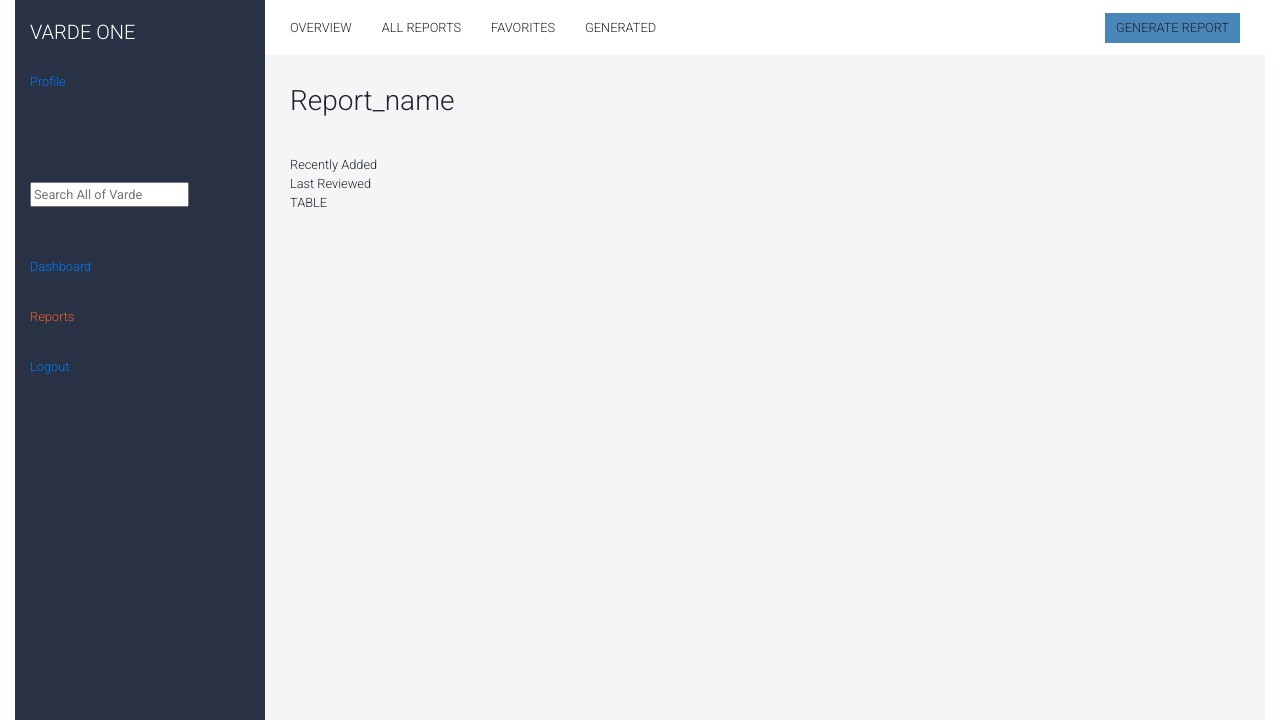
Repository: slavishtipkov/cra-redux
Page: /reports
These files come from the project's save history. The page is drawn as it stood at one moment and after the next save; the edit follows.
The browser window is 1280 px wide. The pictures show the whole page.
The project was rebuilt for these pictures with package versions that can differ from the ones it lists, and the page was loaded fresh each time. Also part of the build but not shown: src/Containers/Reports/reports.scss.

Above is the page before, as saved 2019-07-09 14:21:43.

After the next save:
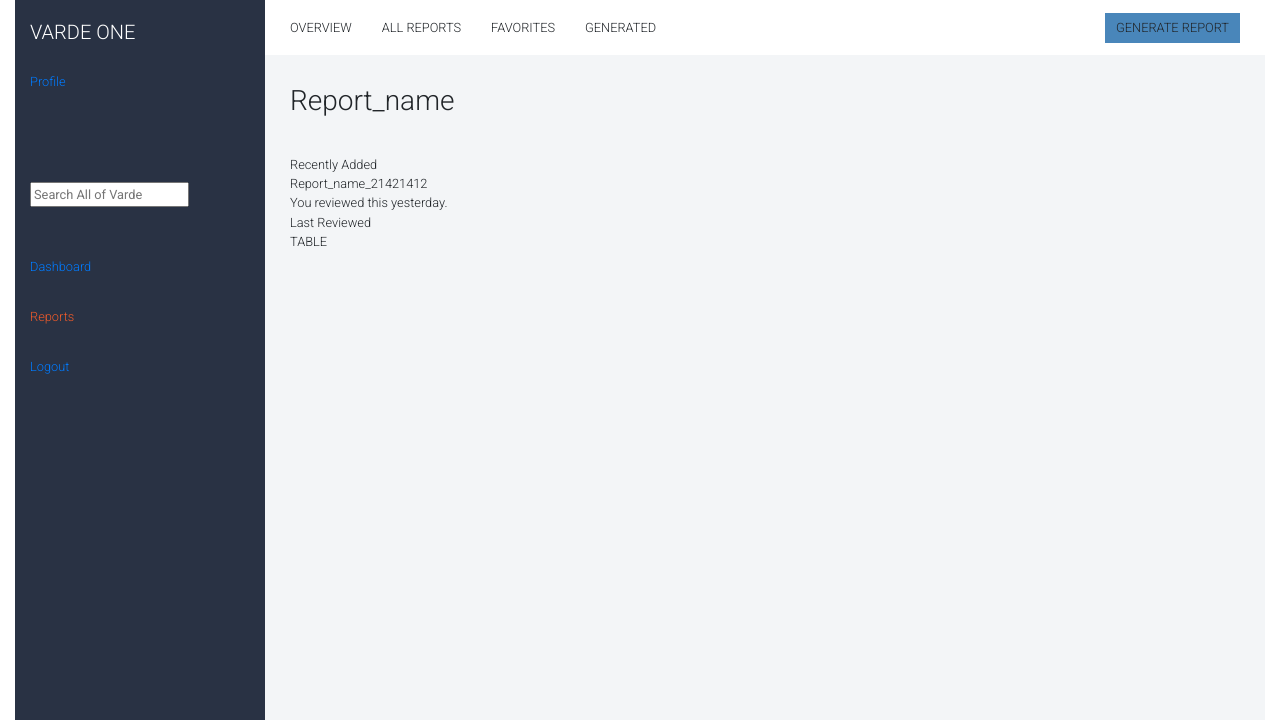
Saved 31 s later.
--- a/src/Containers/Reports/Reports.js
+++ b/src/Containers/Reports/Reports.js
@@ -24,8 +24,8 @@ const Reports = () => (
           <div className="recently-added-heading">Recently Added</div>
           <div className="recently-added-boxes">
             <div className="recently-added-box">
-              <div className="name" />
-              <div className="info" />
+              <div className="name">Report_name_21421412</div>
+              <div className="info">You reviewed this yesterday.</div>
             </div>
           </div>
         </div>
